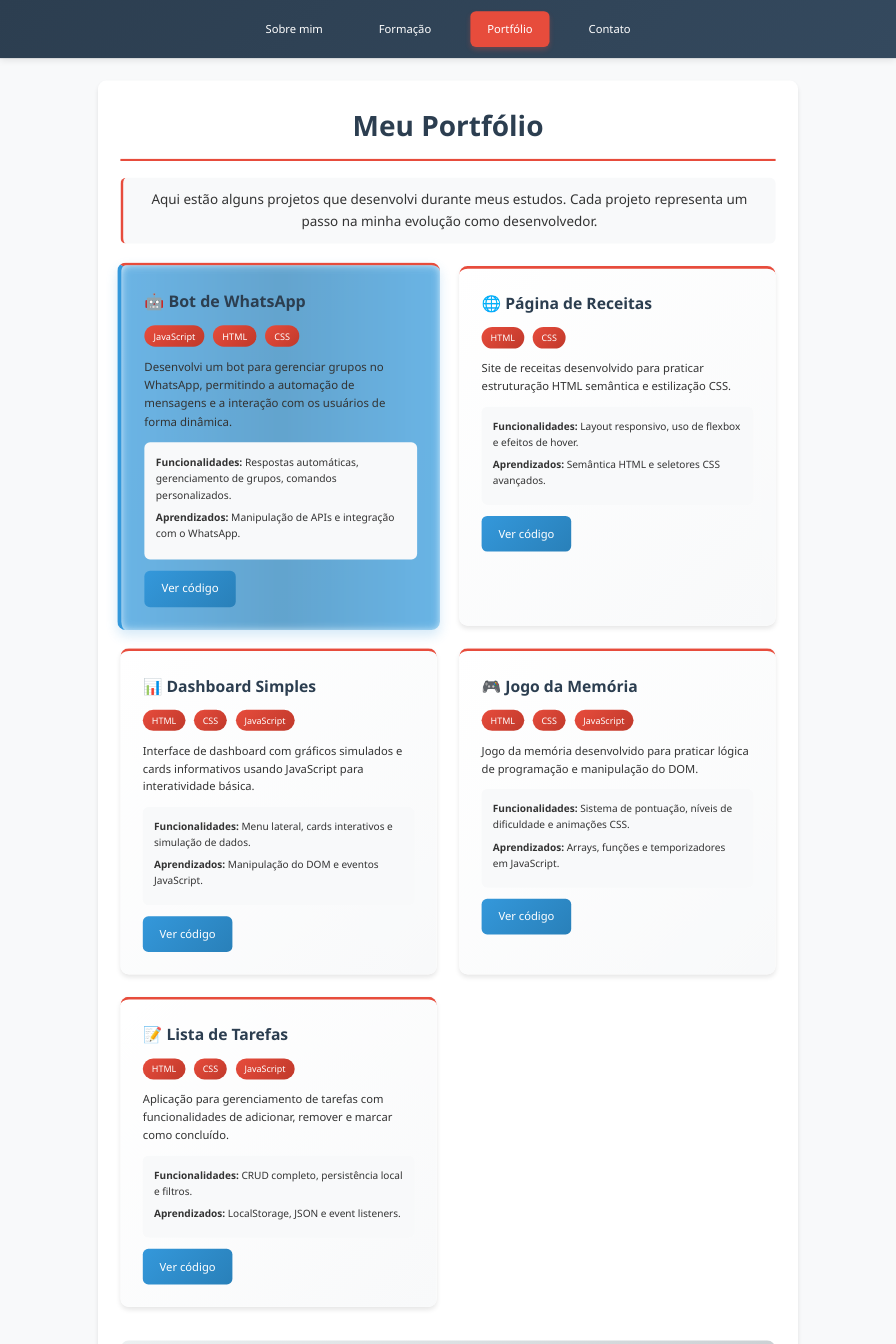
Repository: AnderHonorato/meu-portfolio
Page: portfolio.html
These files come from the project's save history. The page is drawn as it stood at one moment and after the next save; the edit follows.
The browser window is 1280 px wide. The pictures show the part of the page from y = 0 to 1920 px (the page is 2792 px tall), at 70% of full size.

Above is the page before, as saved 2025-08-26 20:32:57.

### portfolio.html
<!DOCTYPE html>
<html lang="pt-br">
<head>
    <meta charset="UTF-8">
    <meta name="viewport" content="width=device-width, initial-scale=1.0">
    <title>Portfólio - Ander Honorato</title>
    <link rel="stylesheet" href="css/style.css">
</head>
<body>
    <!-- MENU DE NAVEGAÇÃO PADRÃO -->
    <nav class="menu">
        <ul>
            <li><a href="index.html">Sobre mim</a></li>
            <li><a href="formacao.html">Formação</a></li>
            <li><a href="portfolio.html" class="ativo">Portfólio</a></li>
            <li><a href="contato.html">Contato</a></li>
        </ul>
    </nav>

    <!-- CONTEÚDO ESPECÍFICO DA PÁGINA DE PORTFÓLIO -->
    <main class="conteudo">
        <h1>Meu Portfólio</h1>

        <p class="intro-portfolio">Aqui estão alguns projetos que desenvolvi durante meus estudos. Cada projeto representa um passo na minha evolução como desenvolvedor.</p>

        <!-- GRID DE PROJETOS -->
        <div class="projetos-grid">

            <!-- PROJETO DESTAQUE: BOT DE WHATSAPP -->
            <div class="projeto-item destaque">
                <h3>🤖 Bot de WhatsApp</h3>
                <div class="tags-projeto">
                    <span class="tag">JavaScript</span>
                    <span class="tag">HTML</span>
                    <span class="tag">CSS</span>
                </div>
                <p>Desenvolvi um bot para gerenciar grupos no WhatsApp, permitindo a automação de mensagens e a interação com os usuários de forma dinâmica.</p>
                <div class="projeto-detalhes">
                    <p><strong>Funcionalidades:</strong> Respostas automáticas, gerenciamento de grupos, comandos personalizados.</p>
                    <p><strong>Aprendizados:</strong> Manipulação de APIs e integração com o WhatsApp.</p>
                </div>
                <a href="https://anderhonorato.github.io/alphabotsite1/index.html" class="btn-projeto">Ver código</a>
            </div>

            <!-- PROJETOS ANTERIORES -->
            <div class="projeto-item">
                <h3>🌐 Página de Receitas</h3>
                <div class="tags-projeto">
                    <span class="tag">HTML</span>
                    <span class="tag">CSS</span>
                </div>
                <p>Site de receitas desenvolvido para praticar estruturação HTML semântica e estilização CSS.</p>
                <div class="projeto-detalhes">
                    <p><strong>Funcionalidades:</strong> Layout responsivo, uso de flexbox e efeitos de hover.</p>
                    <p><strong>Aprendizados:</strong> Semântica HTML e seletores CSS avançados.</p>
                </div>
                <a href="#" class="btn-projeto">Ver código</a>
            </div>

            <div class="projeto-item">
                <h3>📊 Dashboard Simples</h3>
                <div class="tags-projeto">
                    <span class="tag">HTML</span>
                    <span class="tag">CSS</span>
                    <span class="tag">JavaScript</span>
                </div>
                <p>Interface de dashboard com gráficos simulados e cards informativos usando JavaScript para interatividade básica.</p>
                <div class="projeto-detalhes">
                    <p><strong>Funcionalidades:</strong> Menu lateral, cards interativos e simulação de dados.</p>
                    <p><strong>Aprendizados:</strong> Manipulação do DOM e eventos JavaScript.</p>
                </div>
                <a href="#" class="btn-projeto">Ver código</a>
            </div>

            <div class="projeto-item">
                <h3>🎮 Jogo da Memória</h3>
                <div class="tags-projeto">
                    <span class="tag">HTML</span>
                    <span class="tag">CSS</span>
                    <span class="tag">JavaScript</span>
                </div>
                <p>Jogo da memória desenvolvido para praticar lógica de programação e manipulação do DOM.</p>
                <div class="projeto-detalhes">
                    <p><strong>Funcionalidades:</strong> Sistema de pontuação, níveis de dificuldade e animações CSS.</p>
                    <p><strong>Aprendizados:</strong> Arrays, funções e temporizadores em JavaScript.</p>
                </div>
                <a href="#" class="btn-projeto">Ver código</a>
            </div>

            <div class="projeto-item">
                <h3>📝 Lista de Tarefas</h3>
                <div class="tags-projeto">
                    <span class="tag">HTML</span>
                    <span class="tag">CSS</span>
                    <span class="tag">JavaScript</span>
                </div>
                <p>Aplicação para gerenciamento de tarefas com funcionalidades de adicionar, remover e marcar como concluído.</p>
                <div class="projeto-detalhes">
                    <p><strong>Funcionalidades:</strong> CRUD completo, persistência local e filtros.</p>
                    <p><strong>Aprendizados:</strong> LocalStorage, JSON e event listeners.</p>
                </div>
                <a href="#" class="btn-projeto">Ver código</a>
            </div>
        </div>

        <!-- SEÇÃO DE HABILIDADES TÉCNICAS -->
        <div class="habilidades-secao">
            <h2>🛠️ Tecnologias que Conheço</h2>
            <div class="habilidades-grid">
                <div class="habilidade-item">
                    <h4>HTML5</h4>
                    <div class="nivel-habilidade">
                        <div class="barra-habilidade">
                            <div class="progresso-habilidade" style="width: 80%"></div>
                        </div>
                        <span>Intermediário</span>
                    </div>
                </div>
                <div class="habilidade-item">
                    <h4>CSS3</h4>
                    <div class="nivel-habilidade">
                        <div class="barra-habilidade">
                            <div class="progresso-habilidade" style="width: 75%"></div>
                        </div>
                        <span>Intermediário</span>
                    </div>
                </div>
                <div class="habilidade-item">
                    <h4>JavaScript</h4>
                    <div class="nivel-habilidade">
                        <div class="barra-habilidade">
                            <div class="progresso-habilidade" style="width: 45%"></div>
                        </div>
                        <span>Básico</span>
                    </div>
                </div>
                <div class="habilidade-item">
                    <h4>Git/GitHub</h4>
                    <div class="nivel-habilidade">
                        <div class="barra-habilidade">
                            <div class="progresso-habilidade" style="width: 60%"></div>
                        </div>
                        <span>Básico+</span>
                    </div>
                </div>
            </div>
        </div>

        <!-- SEÇÃO DE ESTUDOS ATUAIS -->
        <div class="estudos-atuais">
            <h2>📚 Atualmente Estudando</h2>
            <ul class="lista-estudos">
                <li>🎯 Aprofundamento em JavaScript</li>
                <li>🎨 CSS Grid e Flexbox</li>
                <li>📱 Design responsivo e mobile-first</li>
                <li>🔧 Ferramentas de desenvolvimento (DevTools)</li>
                <li>🌐 Conceitos de API e consumo de dados</li>
            </ul>
        </div>
    </main>
</body>
</html>

### css/style.css
/* Reset básico e configurações globais */
* {
    margin: 0;
    padding: 0;
    box-sizing: border-box;
}

/* Configurações do corpo da página */
body {
    font-family: 'Segoe UI', Tahoma, Geneva, Verdana, sans-serif;
    line-height: 1.6;
    color: #333;
    background-color: #f8f9fa;
}

/* Menu de navegação - SEMPRE VISÍVEL */
.menu {
    background: linear-gradient(135deg, #2c3e50, #34495e);
    padding: 1rem 0;
    position: sticky; /* Menu fica fixo no topo ao rolar */
    top: 0;
    z-index: 1000; /* Garante que fica por cima de outros elementos */
    box-shadow: 0 2px 10px rgba(0,0,0,0.1);
}

.menu ul {
    list-style: none;
    display: flex;
    justify-content: center;
    gap: 2rem;
    max-width: 1200px;
    margin: 0 auto;
    padding: 0 1rem;
}

.menu a {
    color: white;
    text-decoration: none;
    padding: 0.8rem 1.5rem;
    border-radius: 8px;
    transition: all 0.3s ease;
    display: block;
    font-weight: 500;
}

.menu a:hover {
    background-color: rgba(255, 255, 255, 0.1);
    transform: translateY(-2px);
}

.menu a.ativo {
    background-color: #e74c3c;
    box-shadow: 0 4px 8px rgba(231, 76, 60, 0.3);
}

/* Conteúdo principal */
.conteudo {
    max-width: 1000px;
    margin: 2rem auto;
    padding: 0 1rem;
    background-color: white;
    border-radius: 12px;
    box-shadow: 0 4px 6px rgba(0,0,0,0.1);
    padding: 2rem;
}

.conteudo h1 {
    color: #2c3e50;
    margin-bottom: 1.5rem;
    text-align: center;
    font-size: 2.5rem;
    border-bottom: 3px solid #e74c3c;
    padding-bottom: 1rem;
}

.conteudo h2 {
    color: #34495e;
    margin: 2rem 0 1rem 0;
    font-size: 1.8rem;
}

/* === ESTILOS PÁGINA SOBRE MIM === */
.sobre-container {
    display: grid;
    grid-template-columns: 250px 1fr;
    gap: 2rem;
    margin-top: 2rem;
}

.foto-perfil {
    text-align: center;
}

.placeholder-foto {
    width: 200px;
    height: 200px;
    border-radius: 50%;
    background: linear-gradient(135deg, #e74c3c, #c0392b);
    display: flex;
    align-items: center;
    justify-content: center;
    color: white;
    font-weight: bold;
    margin: 0 auto;
    box-shadow: 0 8px 16px rgba(231, 76, 60, 0.3);
}

.foto-perfil img {
    width: 200px;
    height: 200px;
    border-radius: 50%;
    object-fit: cover;
    box-shadow: 0 8px 16px rgba(0,0,0,0.2);
}

.texto-sobre {
    flex: 1;
}

.texto-sobre p {
    margin-bottom: 1rem;
    text-align: justify;
    font-size: 1.1rem;
}

.lista-hobbies {
    list-style: none;
    margin: 1rem 0;
}

.lista-hobbies li {
    padding: 0.5rem 0;
    font-size: 1.1rem;
    border-bottom: 1px solid #eee;
    transition: all 0.3s ease;
}

.lista-hobbies li:hover {
    background-color: #f8f9fa;
    padding-left: 1rem;
    border-left: 4px solid #e74c3c;
}

.info-adicional {
    margin-top: 3rem;
    padding: 2rem;
    background: linear-gradient(135deg, #ecf0f1, #bdc3c7);
    border-radius: 12px;
}

/* === ESTILOS PÁGINA FORMAÇÃO === */
.formacao-secao {
    margin-bottom: 3rem;
}

.item-formacao {
    background: linear-gradient(135deg, #f8f9fa, #e9ecef);
    padding: 2rem;
    border-radius: 12px;
    margin-bottom: 1.5rem;
    border-left: 5px solid #e74c3c;
    transition: transform 0.3s ease;
}

.item-formacao:hover {
    transform: translateY(-5px);
    box-shadow: 0 8px 16px rgba(0,0,0,0.1);
}

.item-formacao h3 {
    color: #2c3e50;
    margin-bottom: 1rem;
    font-size: 1.3rem;
}

.item-formacao p {
    margin-bottom: 0.5rem;
}

.lista-idiomas {
    list-style: none;
}

.lista-idiomas li {
    padding: 1rem 0;
    border-bottom: 1px solid #ddd;
}

.lista-idiomas li:last-child {
    border-bottom: none;
}

.nivel-idioma {
    margin-top: 0.5rem;
}

.barra-progresso {
    width: 100%;
    height: 8px;
    background-color: #ecf0f1;
    border-radius: 4px;
    overflow: hidden;
    margin: 0.5rem 0;
}

.progresso {
    height: 100%;
    background: linear-gradient(90deg, #e74c3c, #c0392b);
    transition: width 0.3s ease;
}

.descricao-nivel {
    font-size: 0.9rem;
    color: #7f8c8d;
    font-style: italic;
}

.proximos-estudos ul {
    list-style: none;
    display: grid;
    grid-template-columns: repeat(auto-fit, minmax(250px, 1fr));
    gap: 1rem;
}

.proximos-estudos li {
    background-color: #fff3cd;
    padding: 1rem;
    border-radius: 8px;
    border-left: 4px solid #ffc107;
    font-weight: 500;
}

/* === ESTILOS PÁGINA PORTFÓLIO === */
.intro-portfolio {
    text-align: center;
    font-size: 1.2rem;
    margin-bottom: 2rem;
    padding: 1rem;
    background-color: #f8f9fa;
    border-radius: 8px;
    border-left: 4px solid #e74c3c;
}

.projetos-grid {
    display: grid;
    grid-template-columns: repeat(auto-fit, minmax(350px, 1fr));
    gap: 2rem;
    margin-bottom: 3rem;
}

.projeto-item {
    background: linear-gradient(135deg, #ffffff, #f8f9fa);
    padding: 2rem;
    border-radius: 12px;
    box-shadow: 0 4px 8px rgba(0,0,0,0.1);
    transition: all 0.3s ease;
    border-top: 4px solid #e74c3c;
}

.projeto-item:hover {
    transform: translateY(-8px);
    box-shadow: 0 12px 24px rgba(0,0,0,0.15);
}

.projeto-item h3 {
    color: #2c3e50;
    margin-bottom: 1rem;
    font-size: 1.4rem;
}

.tags-projeto {
    margin-bottom: 1rem;
}

.tag {
    display: inline-block;
    background: linear-gradient(135deg, #e74c3c, #c0392b);
    color: white;
    padding: 0.3rem 0.8rem;
    border-radius: 20px;
    font-size: 0.8rem;
    margin-right: 0.5rem;
    font-weight: 500;
}

.projeto-detalhes {
    margin: 1rem 0;
    padding: 1rem;
    background-color: #f8f9fa;
    border-radius: 8px;
}

.projeto-detalhes p {
    margin-bottom: 0.5rem;
    font-size: 0.9rem;
}

.btn-projeto {
    display: inline-block;
    background: linear-gradient(135deg, #3498db, #2980b9);
    color: white;
    padding: 0.8rem 1.5rem;
    text-decoration: none;
    border-radius: 8px;
    transition: all 0.3s ease;
    font-weight: 500;
}

.btn-projeto:hover {
    transform: translateY(-2px);
    box-shadow: 0 4px 8px rgba(52, 152, 219, 0.3);
}

/* Habilidades técnicas */
.habilidades-secao {
    margin-top: 3rem;
    padding: 2rem;
    background: linear-gradient(135deg, #ecf0f1, #bdc3c7);
    border-radius: 12px;
}

.habilidades-grid {
    display: grid;
    grid-template-columns: repeat(auto-fit, minmax(250px, 1fr));
    gap: 1.5rem;
    margin-top: 1rem;
}

.habilidade-item {
    background-color: white;
    padding: 1.5rem;
    border-radius: 8px;
    box-shadow: 0 2px 4px rgba(0,0,0,0.1);
}

.habilidade-item h4 {
    color: #2c3e50;
    margin-bottom: 1rem;
    font-size: 1.1rem;
}

.nivel-habilidade {
    display: flex;
    align-items: center;
    gap: 1rem;
}

.barra-habilidade {
    flex: 1;
    height: 8px;
    background-color: #ecf0f1;
    border-radius: 4px;
    overflow: hidden;
}

.progresso-habilidade {
    height: 100%;
    background: linear-gradient(90deg, #27ae60, #2ecc71);
    transition: width 0.3s ease;
}

.estudos-atuais {
    margin-top: 2rem;
    padding: 2rem;
    background-color: #e8f5e8;
    border-radius: 12px;
    border-left: 5px solid #27ae60;
}

.lista-estudos {
    list-style: none;
    display: grid;
    grid-template-columns: repeat(auto-fit, minmax(300px, 1fr));
    gap: 1rem;
}

.lista-estudos li {
    padding: 1rem;
    background-color: white;
    border-radius: 8px;
    box-shadow: 0 2px 4px rgba(0,0,0,0.1);
    transition: transform 0.3s ease;
}

.lista-estudos li:hover {
    transform: translateX(10px);
}

/* === ESTILOS PÁGINA CONTATO === */
.intro-contato {
    text-align: center;
    font-size: 1.2rem;
    margin-bottom: 2rem;
    padding: 1rem;
    background: linear-gradient(135deg, #d4edda, #c3e6cb);
    border-radius: 8px;
    border-left: 4px solid #28a745;
}

.contato-container {
    display: grid;
    grid-template-columns: 2fr 1fr;
    gap: 3rem;
    margin-top: 2rem;
}

.formulario-contato {
    background-color: #f8f9fa;
    padding: 2rem;
    border-radius: 12px;
    box-shadow: 0 4px 8px rgba(0,0,0,0.1);
}

.formulario-contato h2 {
    color: #2c3e50;
    margin-bottom: 1.5rem;
    text-align: center;
}

.form-contato {
    display: flex;
    flex-direction: column;
    gap: 1.5rem;
}

.campo {
    display: flex;
    flex-direction: column;
}

.campo.checkbox {
    flex-direction: row;
    align-items: center;
    gap: 0.5rem;
}

.campo.checkbox input {
    width: auto;
}

.campo label {
    margin-bottom: 0.5rem;
    font-weight: 600;
    color: #2c3e50;
}

.campo input,
.campo textarea,
.campo select {
    padding: 0.8rem;
    border: 2px solid #ddd;
    border-radius: 8px;
    font-size: 1rem;
    transition: border-color 0.3s ease;
    font-family: inherit;
}

.campo input:focus,
.campo textarea:focus,
.campo select:focus {
    outline: none;
    border-color: #e74c3c;
    box-shadow: 0 0 0 3px rgba(231, 76, 60, 0.1);
}

.btn-enviar {
    background: linear-gradient(135deg, #e74c3c, #c0392b);
    color: white;
    padding: 1rem 2rem;
    border: none;
    border-radius: 8px;
    cursor: pointer;
    font-size: 1.1rem;
    font-weight: 600;
    transition: all 0.3s ease;
}

.btn-enviar:hover {
    transform: translateY(-2px);
    box-shadow: 0 4px 8px rgba(231, 76, 60, 0.3);
}

.mensagem-retorno {
    margin-top: 1rem;
    padding: 1rem;
    background-color: #d4edda;
    border: 1px solid #c3e6cb;
    border-radius: 8px;
    color: #155724;
    text-align: center;
    font-weight: 500;
}

/* Informações de contato */
.info-contato {
    background-color: white;
    padding: 2rem;
    border-radius: 12px;
    box-shadow: 0 4px 8px rgba(0,0,0,0.1);
    height: fit-content;
}

.info-contato h2 {
    color: #2c3e50;
    margin-bottom: 1.5rem;
    text-align: center;
}

.contato-item {
    margin-bottom: 2rem;
    padding: 1rem;
    background-color: #f8f9fa;
    border-radius: 8px;
    border-left: 4px solid #3498db;
}

.contato-item h3 {
    color: #2c3e50;
    margin-bottom: 0.5rem;
    font-size: 1.1rem;
}

.contato-item p {
    font-weight: 600;
    color: #34495e;
    margin-bottom: 0.3rem;
}

.contato-item small {
    color: #7f8c8d;
    font-style: italic;
}

.disponibilidade {
    padding: 1rem;
    background: linear-gradient(135deg, #fff3cd, #ffeaa7);
    border-radius: 8px;
    border-left: 4px solid #ffc107;
}

.disponibilidade h3 {
    color: #2c3e50;
    margin-bottom: 1rem;
}

.disponibilidade ul {
    list-style: none;
}

.disponibilidade li {
    padding: 0.3rem 0;
    color: #856404;
}

/* Dicas de contato */
.dicas-contato {
    margin-top: 3rem;
    padding: 2rem;
    background: linear-gradient(135deg, #e8f4fd, #d1ecf1);
    border-radius: 12px;
}

.dicas-grid {
    display: grid;
    grid-template-columns: repeat(auto-fit, minmax(250px, 1fr));
    gap: 1.5rem;
    margin-top: 1rem;
}

.dica-item {
    background-color: white;
    padding: 1.5rem;
    border-radius: 8px;
    box-shadow: 0 2px 4px rgba(0,0,0,0.1);
    transition: transform 0.3s ease;
}

.dica-item:hover {
    transform: translateY(-5px);
}

.dica-item h4 {
    color: #2c3e50;
    margin-bottom: 1rem;
}

.dica-item p {
    color: #34495e;
    font-size: 0.9rem;
}

/* === RESPONSIVIDADE === */
@media (max-width: 768px) {
    /* Menu responsivo */
    .menu ul {
        flex-wrap: wrap;
        gap: 0.5rem;
        justify-content: center;
    }

    .menu a {
        padding: 0.6rem 1rem;
        font-size: 0.9rem;
    }

    /* Conteúdo */
    .conteudo {
        margin: 1rem;
        padding: 1.5rem;
    }

    .conteudo h1 {
        font-size: 2rem;
    }

    /* Sobre mim responsivo */
    .sobre-container {
        grid-template-columns: 1fr;
        text-align: center;
        gap: 1.5rem;
    }

    /* Formação responsiva */
    .item-formacao {
        padding: 1.5rem;
    }

    /* Portfólio responsivo */
    .projetos-grid {
        grid-template-columns: 1fr;
        gap: 1.5rem;
    }

    .habilidades-grid {
        grid-template-columns: 1fr;
    }

    /* Contato responsivo */
    .contato-container {
        grid-template-columns: 1fr;
        gap: 2rem;
    }

    .dicas-grid {
        grid-template-columns: 1fr;
    }
}

@media (max-width: 480px) {
    .conteudo {
        padding: 1rem;
    }

    .conteudo h1 {
        font-size: 1.8rem;
    }

    .menu ul {
        flex-direction: column;
        gap: 0.3rem;
    }

    .projeto-item,
    .item-formacao,
    .formulario-contato {
        padding: 1rem;
    }
}

/* Animações e efeitos especiais */
@keyframes slideInUp {
    from {
        opacity: 0;
        transform: translateY(30px);
    }
    to {
        opacity: 1;
        transform: translateY(0);
    }
}

.conteudo {
    animation: slideInUp 0.6s ease-out;
}

/* Scroll suave */
html {
    scroll-behavior: smooth;
}

/* desataque */
.projeto-item.destaque {
    background: linear-gradient(135deg, #f0f9ff, #e6f7ff);
    border-left: 6px solid #3498db;
    box-shadow: 0 8px 16px rgba(52, 152, 219, 0.2);
    transform: scale(1.02);
    transition: all 0.4s ease;
    position: relative;
    overflow: hidden;
}

.projeto-item.destaque:hover {
    transform: scale(1.04);
    box-shadow: 0 12px 24px rgba(52, 152, 219, 0.3);
}

.projeto-item.destaque::before {
    content: "";
    position: absolute;
    top: -2px;
    left: -2px;
    right: -2px;
    bottom: -2px;
    background: linear-gradient(90deg, #3498db, #2980b9, #3498db);
    z-index: 0;
    border-radius: 12px;
    filter: blur(6px);
    opacity: 0.7;
    animation: animarBorda 3s linear infinite;
}

.projeto-item.destaque > * {
    position: relative;
    z-index: 1;
}

@keyframes animarBorda {
    0% { background-position: 0% 50%; }
    50% { background-position: 100% 50%; }
    100% { background-position: 0% 50%; }
}

After the next save:
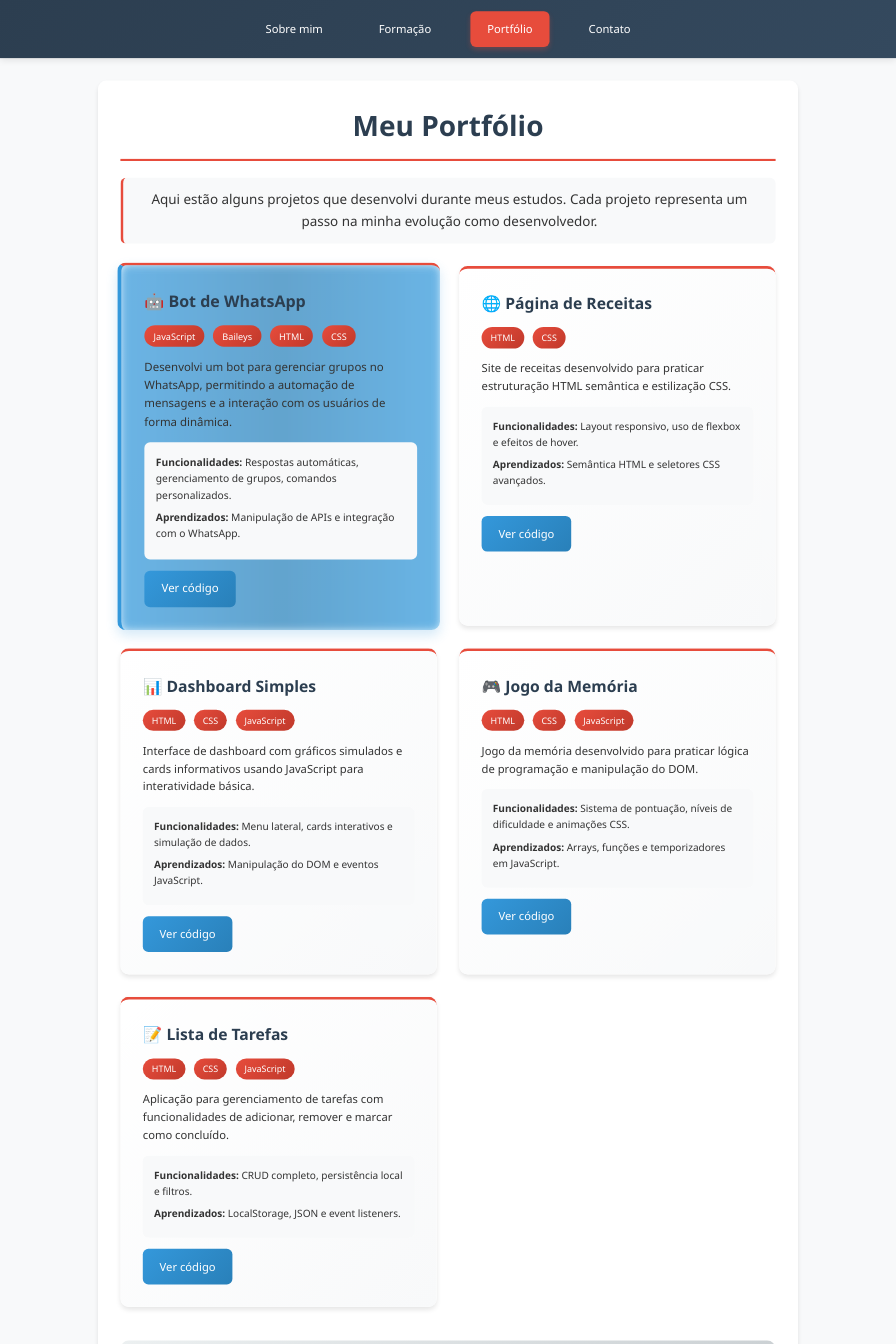
Saved 72 s later.
--- a/portfolio.html
+++ b/portfolio.html
@@ -31,6 +31,7 @@
                 <h3>🤖 Bot de WhatsApp</h3>
                 <div class="tags-projeto">
                     <span class="tag">JavaScript</span>
+                    <span class="tag">Baileys</span>
                     <span class="tag">HTML</span>
                     <span class="tag">CSS</span>
                 </div>
